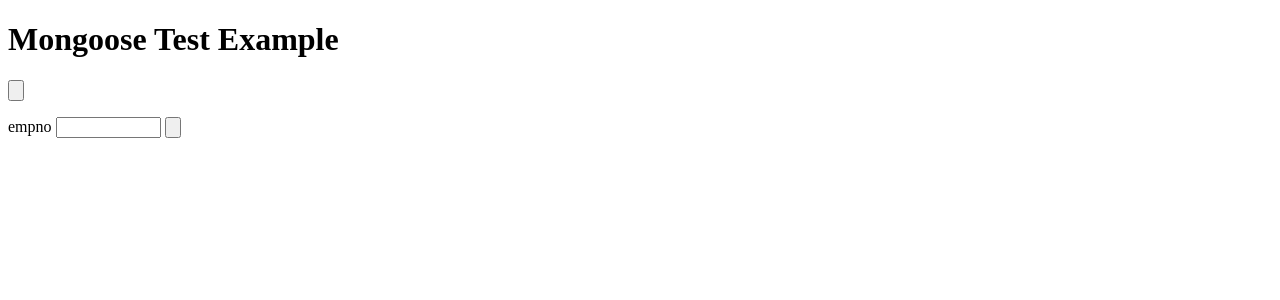
Repository: mchee01/anew
Page: http://localhost/
The author's editor kept a record of every edit. The page is drawn from the files as they stood at one moment, then again after the next edit.
The browser window is 1280 px wide. The pictures show the whole page.
The page is served by the project's Node server (node/dynamic_mongo/app.js). Other server files are loaded and not shown.

Above is the page before.

### node/dynamic_mongo/views/index.html

<!DOCTYPE html>
<html>
<head>
<meta charset="utf-8">
<title>Moongoose Module</title>
</head>
<body>
	<h1>Mongoose Test Example</h1>
	<form method='post'action="post_list" name='mongoform'>
	<input type="button" value'things User list' onclick='document.targetURL.location.href="/list"'/>
	<p>empno <input type="text"size="10" name="input"/>
			<input type='button'
	</p>
	</form>
</body>
</html>

### node/dynamic_mongo/app.js
const express = require('express');
const morgan = require('morgan');
const path = require('path');
const app = express();
const bodyParser = require('body-parser');
const cookieParser = require('cookie-parser');
const router = express.Router();

// view engine setup
app.set('port', process.env.PORT || 3000)

app.use(morgan('dev'));
app.use(bodyParser.json());
app.use(bodyParser.urlencoded({ extended: false }));
app.use(cookieParser());
app.use(express.static(path.join(__dirname, 'views')));

//mongoose configuration
const mongoose = require("mongoose")
mongoose.connect('mongodb://43.201.125.57:27017/corona')

// routes setup
var main = require('./routes/main.js');
app.use('/', main);

app.listen(app.get('port'), () =>{
	console.log('3000 Port : 서버 실행 중')
});

After the next edit:
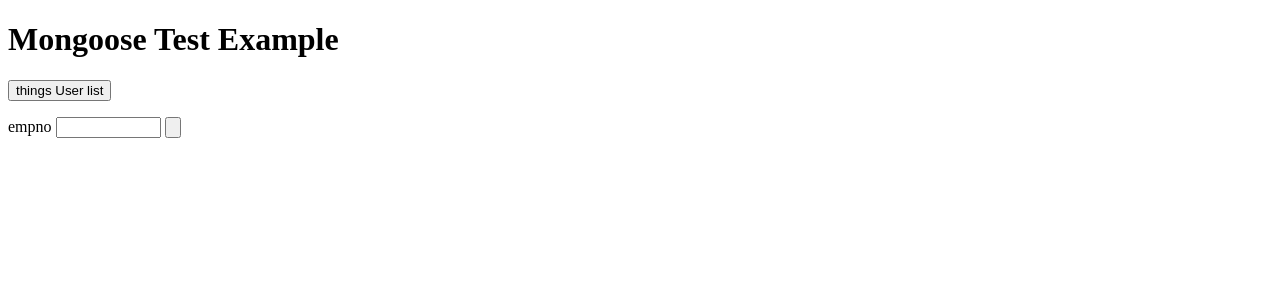
The edit:
--- a/node/dynamic_mongo/views/index.html
+++ b/node/dynamic_mongo/views/index.html
@@ -8,7 +8,7 @@
 <body>
 	<h1>Mongoose Test Example</h1>
 	<form method='post'action="post_list" name='mongoform'>
-	<input type="button" value'things User list' onclick='document.targetURL.location.href="/list"'/>
+	<input type="button" value='things User list' onclick='document.targetURL.location.href="/list"'/>
 	<p>empno <input type="text"size="10" name="input"/>
 			<input type='button'
 	</p>
